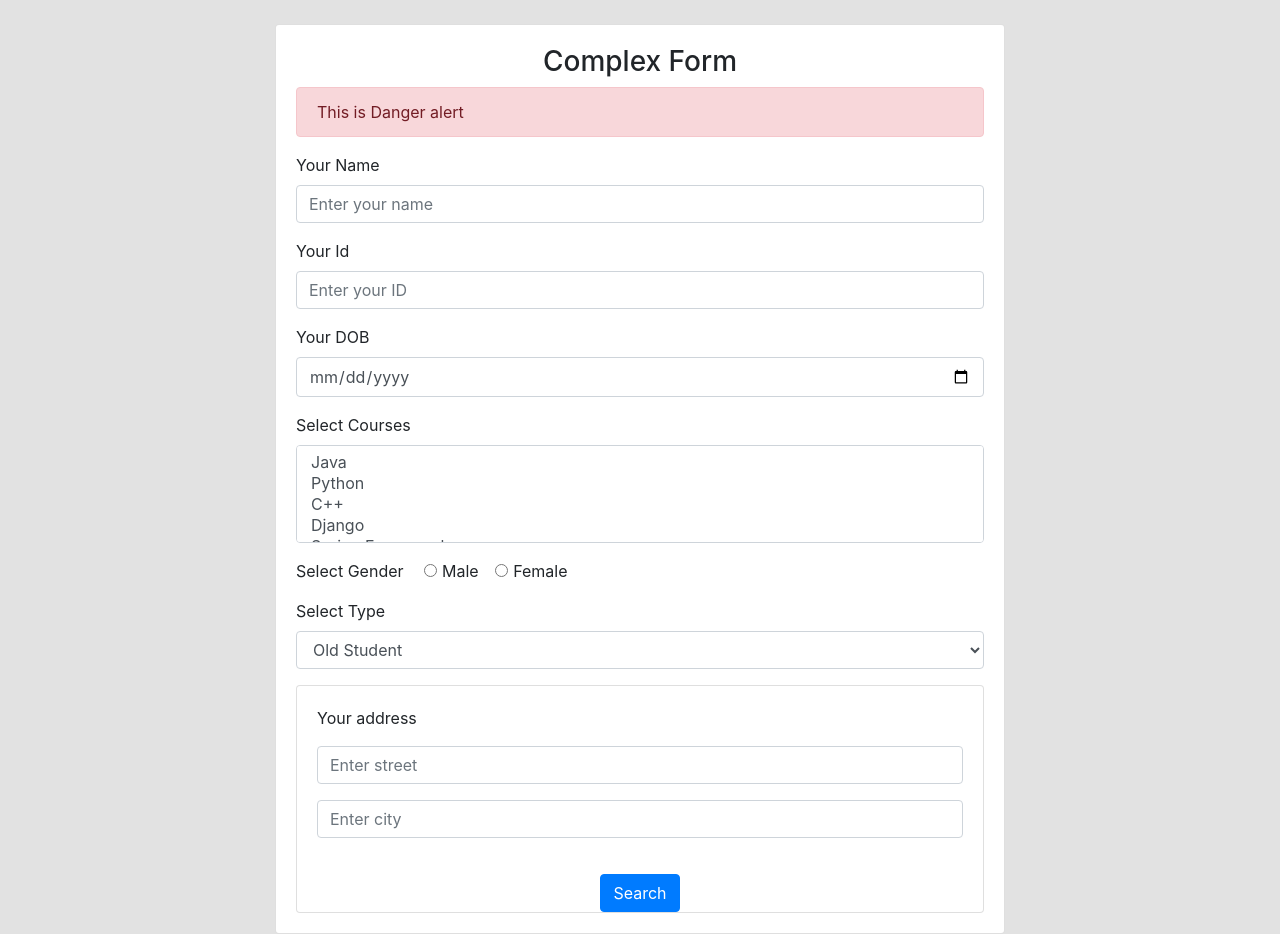
Repository: GovindParve/spring_mvc_maven_search_project
Page: http://localhost/springmvcsearch/complex
An editor plug-in stored every save of this project. The page is shown before and after the next save, followed by the edit.
The browser window is 1280 px wide. The pictures show the whole page.
Some web libraries are served in a nearby version. The page is served by Tomcat 9.

Above is the page before, as saved 2023-06-18 11:06:39.

After the next save:
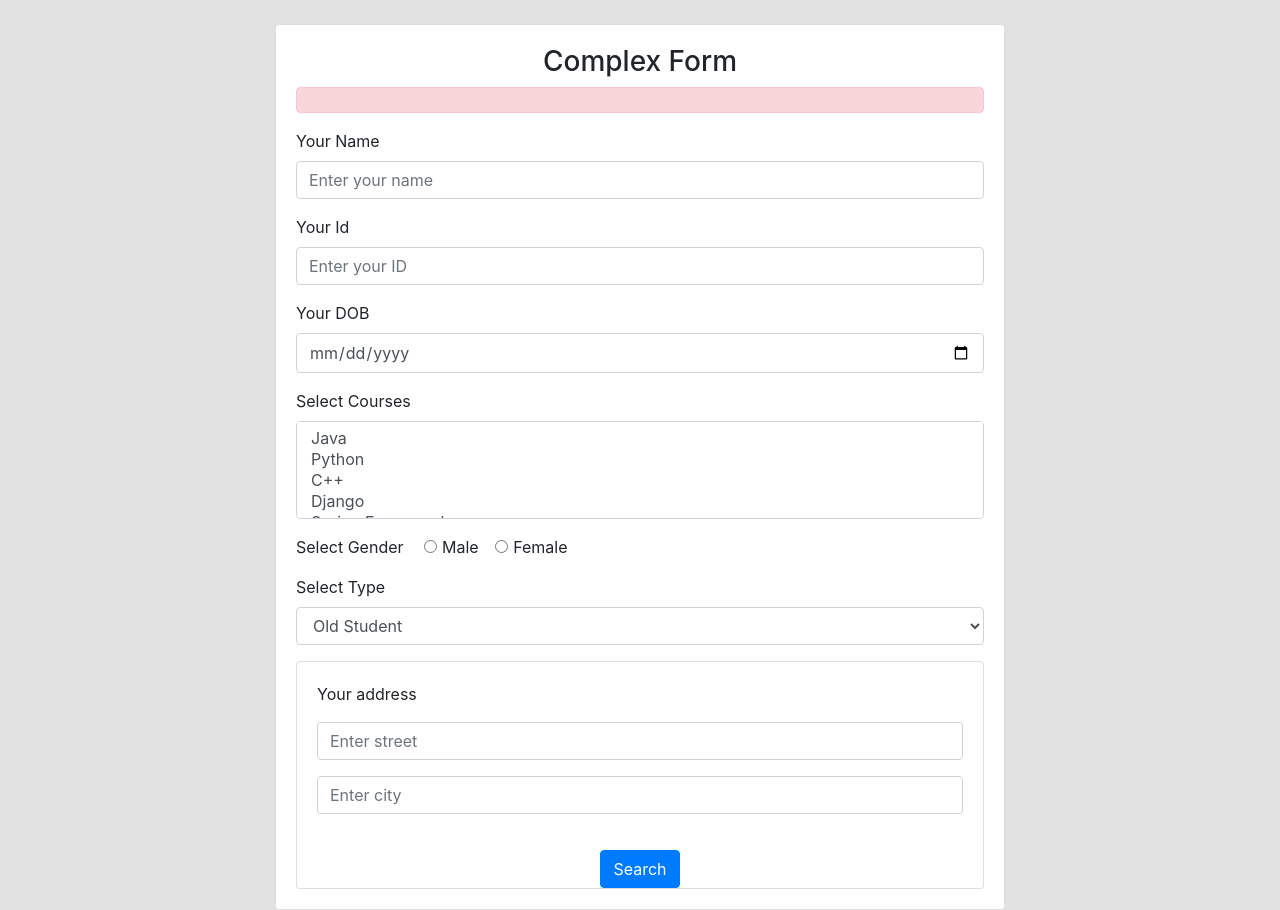
Saved 46 s later.
--- a/springmvcsearch/src/main/webapp/WEB-INF/views/complex_form.jsp
+++ b/springmvcsearch/src/main/webapp/WEB-INF/views/complex_form.jsp
@@ -22,7 +22,8 @@
     				<div class="card-body">
     					<h3 class="text-center">Complex Form</h3>
     					<div class="alert alert-danger" role="alert">
-    					This is Danger alert</div>
+    						<form:errors>This is Danger alert</form:errors>
+    					</div>
     					<form action="handleform" method="post">
     						<div class="form-group">
     							<label for="name">Your Name</label>
